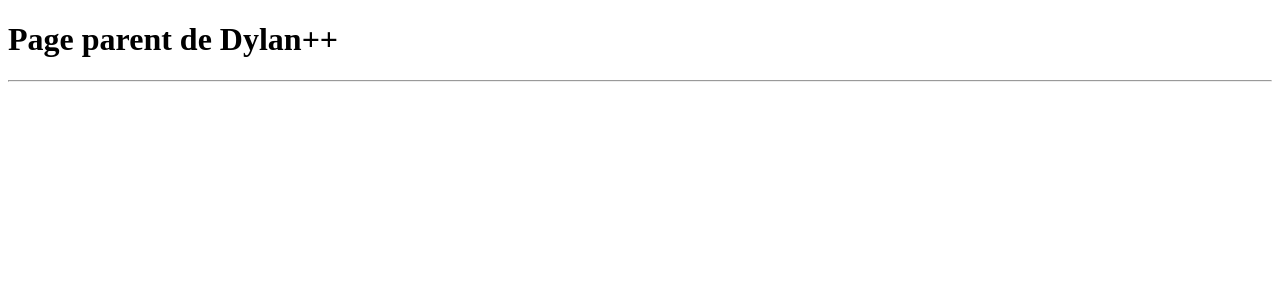
Repository: DylanCahu/cookie
Page: http://localhost/parent.php
The author's editor kept a copy of each file at every save. The page is drawn from the files as they stood at one save, then again after the next save.
The browser window is 1280 px wide. The pictures show the whole page.
The page is run by PHP 8.4 with error messages shown; the project is at /var/www/html/.

Above is the page before, as saved 2021-12-10 14:03:42.

### parent.php
<!DOCTYPE html>
<html>
    <head>
        <title>Index Cookies</title>
        <meta charset="utf-8">

    </head>

    <body>
        <h1>Page parent de Dylan++</h1>
        <hr>

    </body>
</html>

### enfant.php
<!DOCTYPE html>
<html>
    <head>
        <title>Index Cookies</title>
        <meta charset="utf-8">

    </head>

    <body>
        <h1>Page enfant de Dylan++</h1>
        <hr>

    </body>
</html>

After the next save:
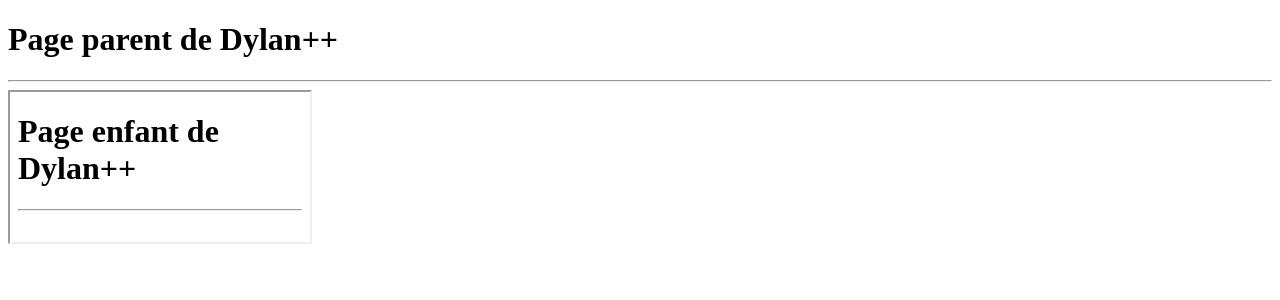
Saved 74 s later.
--- a/parent.php
+++ b/parent.php
@@ -9,6 +9,6 @@
     <body>
         <h1>Page parent de Dylan++</h1>
         <hr>
-
+        <iframe src="172.16.126.17/enfant.php">
     </body>
 </html>
